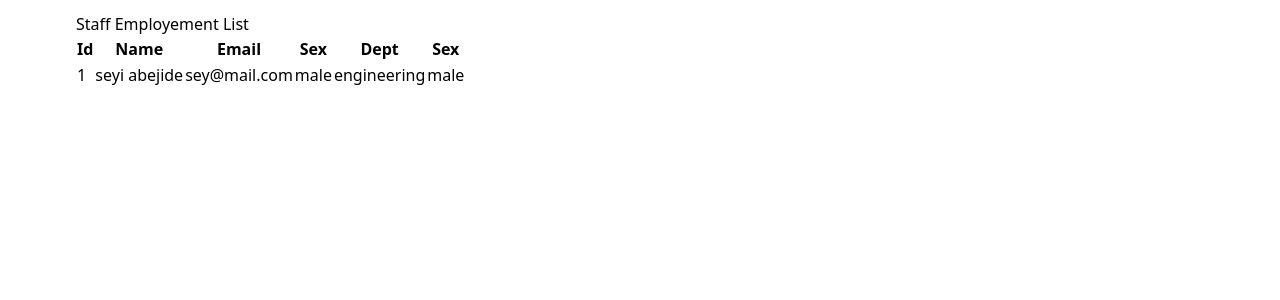
Repository: Semanmernstack/crud
Page: /
An editor plug-in stored every save of this project. The page is shown before and after the next save, followed by the edit.
The browser window is 1280 px wide. The pictures show the whole page.
The project was rebuilt for these pictures with package versions that can differ from the ones it lists, and the page was loaded fresh each time. Also part of the build but not shown: src/Details.js, src/Create.js, src/Edit.js.

Above is the page before, as saved 2022-12-23 03:08:46.

After the next save:
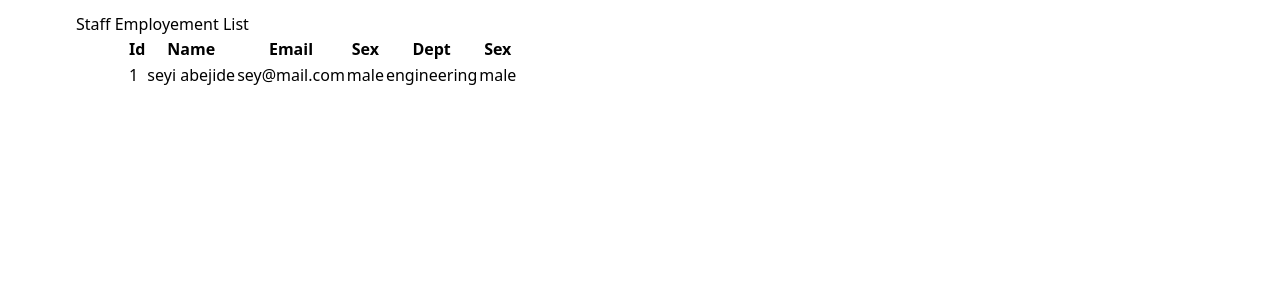
Saved 24 s later.
--- a/src/List.js
+++ b/src/List.js
@@ -6,7 +6,7 @@ function List() {
 
         <p>Staff Employement List</p>
 
-        <div className="flex max-w-5xl">
+        <div className="flex max-w-5xl mx-auto">
         <table className="table-auto   " >
             <thead>
                 <tr>

After the save that followed:
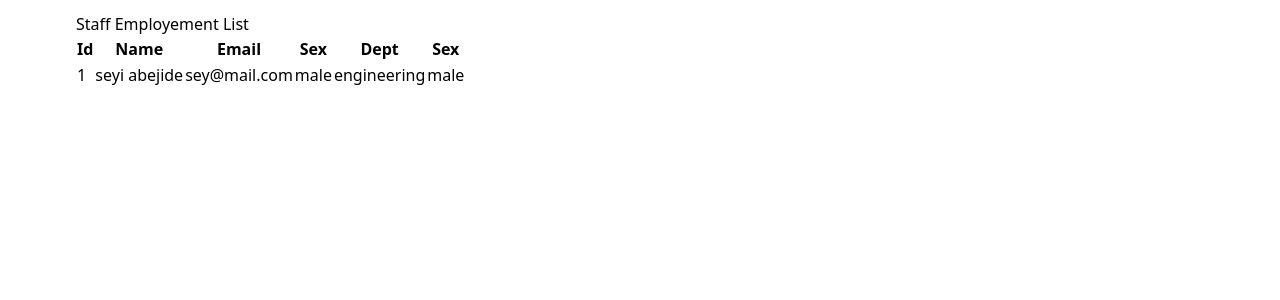
Saved 62 s later.
--- a/src/List.js
+++ b/src/List.js
@@ -6,8 +6,9 @@ function List() {
 
         <p>Staff Employement List</p>
 
-        <div className="flex max-w-5xl mx-auto">
+
         <table className="table-auto   " >
+            <div>
             <thead>
                 <tr>
                     <th>Id</th>
@@ -30,8 +31,9 @@ function List() {
                     <td>male</td>
                 </tr>
             </tbody>
+            </div>
         </table>
-        </div>
+
 
     </div>
   )
